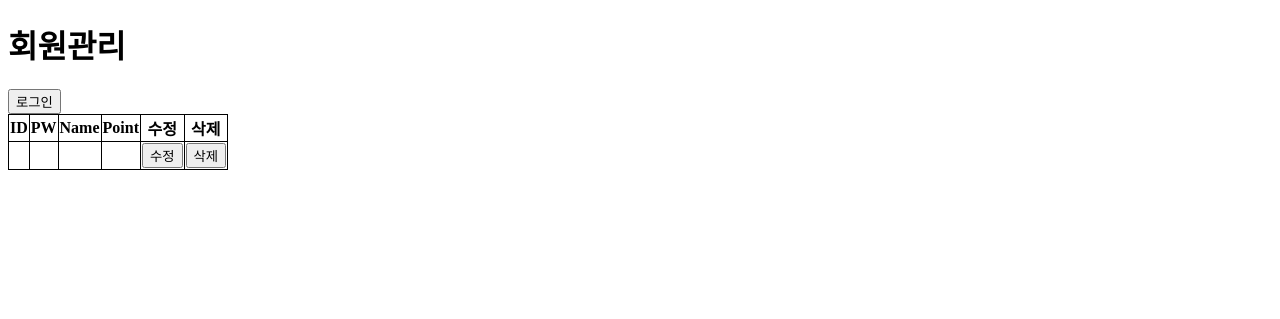
Repository: euniiee/test11
Page: http://localhost/Project/memList.jsp
The author's editor kept a copy of each file at every save. The page is drawn from the files as they stood at one save, then again after the next save.
The browser window is 1280 px wide. The pictures show the whole page.
The page is served by Tomcat 9. Other server files are loaded and not shown.

Above is the page before, as saved 2023-02-01 01:45:31.

### Project/WebContent/memList.jsp
<%@ page language="java" contentType="text/html; charset=UTF-8"
    pageEncoding="UTF-8"%>
<!DOCTYPE html>
<html>
<head>
<meta charset="UTF-8">
<title>Insert title here</title>
<script src="https://code.jquery.com/jquery-3.6.3.js" integrity="sha256-nQLuAZGRRcILA+6dMBOvcRh5Pe310sBpanc6+QBmyVM=" crossorigin="anonymous"></script>
<script>
$(function() {
	$('.delete').click(function(){
		alert("삭제되었습니다.");
	});

})
</script>
<style>
	table {
		border-collapse : collapse;
	}
	table, th, td {
		border: 1px solid black;
	}
</style>
</head>
<body>
<div>
	<div>
		<h1>회원관리</h1>
		<input type="button" value="로그인">
	</div>
	<table>
			<tr>
				<th>ID</th>
				<th>PW</th>
				<th>Name</th>
				<th>Point</th>
				<th>수정</th>
				<th>삭제</th>
			</tr>
			<tr>
				<td></td>
				<td></td>
				<td></td>
				<td></td>
				<td><input type="button" value="수정"></td>
				<td><input type="button" class="delete" value="삭제"></td>
			</tr>

		</table>

</div>


</body>
</html>

After the next save:
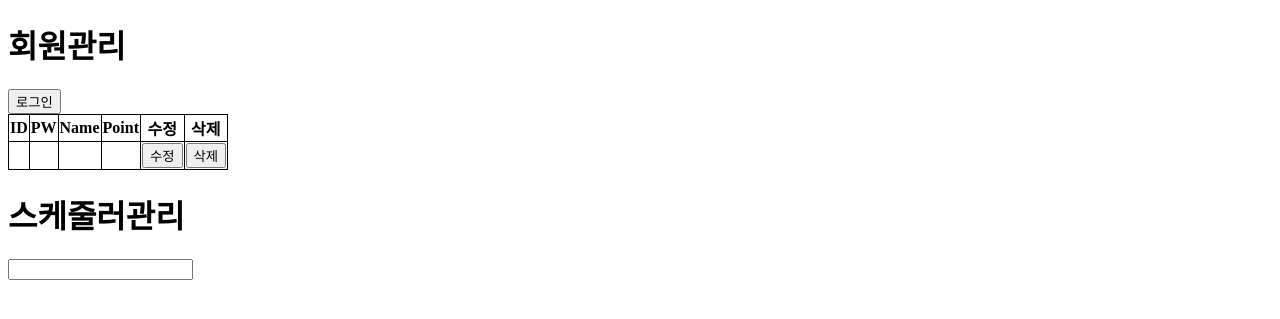
Saved 62 s later.
--- a/Project/WebContent/memList.jsp
+++ b/Project/WebContent/memList.jsp
@@ -47,7 +47,12 @@ $(function() {
 				<td><input type="button" class="delete" value="삭제"></td>
 			</tr>
 
-		</table>
+	</table>
+	<div>
+		<h1>스케줄러관리</h1>
+		<input>
+	</div>
+
 
 </div>
 
